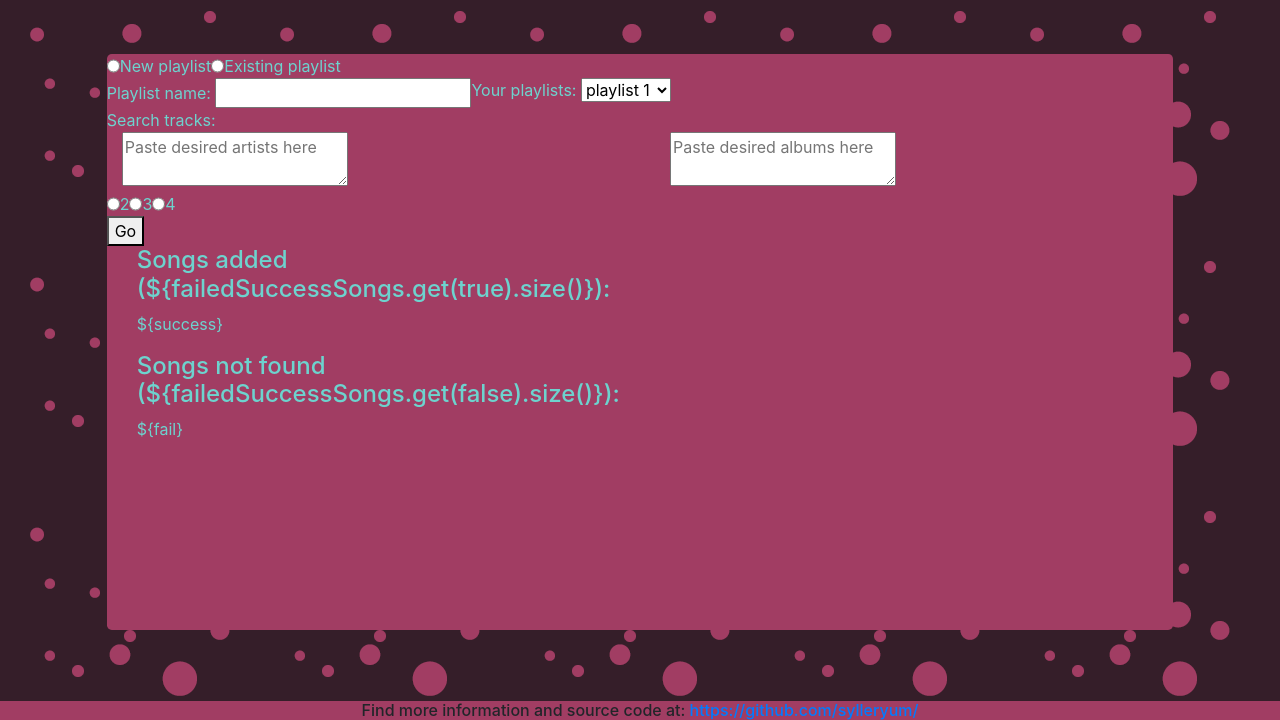
Repository: sylleryum/Frontend
Page: GetTopTracks/index.html
These files come from the project's save history. The page is drawn as it stood at one moment and after the next save; the edit follows.
The browser window is 1280 px wide. The pictures show the whole page.

Above is the page before, as saved 2019-10-13 16:04:38.

### GetTopTracks/index.html
<!doctype html>
<html lang="en">

<head>
     <title>Get top tracks from Artists and albums</title>
     <!-- Required meta tags -->
     <meta charset="utf-8">
     <meta name="viewport" content="width=device-width, initial-scale=1, shrink-to-fit=no">

     <!-- Bootstrap CSS -->
     <link rel="stylesheet" href="https://stackpath.bootstrapcdn.com/bootstrap/4.3.1/css/bootstrap.min.css"
          integrity="sha384-ggOyR0iXCbMQv3Xipma34MD+dH/1fQ784/j6cY/iJTQUOhcWr7x9JvoRxT2MZw1T" crossorigin="anonymous">

     <!-- main CSS-->
     <link rel="stylesheet" href="style.css">

</head>

<body class="background-master">

     <div class="container-fluid h-95">
          <div class="row align-items-center justify-content-center h-95">
               <div class="h-80 col col-md-10 bg-4 text-1 rounded-lg overflow-auto" id="internal-container">
                    <div class="row main-select">
                         <input type="radio" id="rNew" name="playlistRadio" value="new" onchange="radioChecker()">New
                         playlist
                         <input type="radio" id="rExisting" name="playlistRadio" value="existing"
                              onchange="radioChecker()">Existing
                         playlist
                    </div>
                    <div class="row main-playlist">
                         <div id="new-playlist" class="block-style">
                              Playlist name: <input type="text" id="playlistName" name="playlistName" />
                         </div>
                         <div id="existing-playlist" class="block-style">
                              <span>Your playlists:</span>
                              <select name="selectPlaylist">
                                   <option>playlist 1</option>
                                   <option>playlist 2</option>
                                   <option>playlist 3</option>
                                   <option>playlist 4</option>
                                   <!-- <c:forEach var="items" items="${playlists}">
                                        <option value="${items.getId()}">${items.getName()}</option>
                                   </c:forEach> -->
                              </select>
                         </div>
                    </div>
                    <div class="row">
                         Search tracks:
                    </div>
                    <div class="row main-textarea">
                         <div class="col-6">
                              <textarea class="textarea-search" id="searchNameArtist" name="searchNameArtist"
                                   placeholder="Paste desired artists here"></textarea>
                         </div>
                         <div class="col-6">
                              <div class="col-6">
                                   <textarea class="textarea-search" id="searchNameAlbum" name="searchNameAlbum"
                                        placeholder="Paste desired albums here"></textarea>
                              </div>
                         </div>
                    </div>
                    <div class="row track-amount">
                         <input type="radio" id="rAmount2" name="playlistRadio" value="rAmount2" onchange="">2
                         <input type="radio" id="rAmount3" name="playlistRadio" value="rAmount3" onchange="">3
                         <input type="radio" id="rAmount4" name="playlistRadio" value="rAmount4" onchange="">4
                    </div>
                    <div class="row main-go">
                         <button type="submit" id="submit-button">
                              Go
                         </button>
                    </div>

                    <div class="results-menu">
                              <div class="success col-md-6">
                                  <h4>Songs added (${failedSuccessSongs.get(true).size()}):</h4>
                                  <c:forEach var="success" items="${failedSuccessSongs.get(true)}">
                                      <p>${success}</p>
                                  </c:forEach>
                              </div>
                              <div class="failure col-md-6">
                                  <h4>Songs not found (${failedSuccessSongs.get(false).size()}):</h4>
                                  <c:forEach var="fail" items="${failedSuccessSongs.get(false)}">
                                      <p>${fail}</p>
                                  </c:forEach>
                              </div>
                          </div>

               </div>

          </div>

     </div>
     <footer class="text-center m-0 p-0 bg-4 footer-clear">
          <h6 class="p-0 m-0 text-w">Find more information and source code at: <a href="https://github.com/sylleryum/">
                    https://github.com/sylleryum/</a></h6>

     </footer>







     <!-- Optional JavaScript -->
     <!-- jQuery first, then Popper.js, then Bootstrap JS -->
     <script src="https://code.jquery.com/jquery-3.3.1.slim.min.js"
          integrity="sha384-q8i/X+965DzO0rT7abK41JStQIAqVgRVzpbzo5smXKp4YfRvH+8abtTE1Pi6jizo"
          crossorigin="anonymous"></script>
     <script src="https://cdnjs.cloudflare.com/ajax/libs/popper.js/1.14.7/umd/popper.min.js"
          integrity="sha384-UO2eT0CpHqdSJQ6hJty5KVphtPhzWj9WO1clHTMGa3JDZwrnQq4sF86dIHNDz0W1"
          crossorigin="anonymous"></script>
     <script src="https://stackpath.bootstrapcdn.com/bootstrap/4.3.1/js/bootstrap.min.js"
          integrity="sha384-JjSmVgyd0p3pXB1rRibZUAYoIIy6OrQ6VrjIEaFf/nJGzIxFDsf4x0xIM+B07jRM"
          crossorigin="anonymous"></script>
</body>

</html>

### GetTopTracks/style.css
.footer-clear{
     width: 100%;
     position: fixed;
     bottom: 0%;
}

.background-master{
     background: url(images/bb.png) repeat;
}

.h-100{
     min-height: 100vh;
 }

 .h-95{
     min-height: 95vh;
 }
.h-80{
     min-height: 80vh;
     max-height: 90vh;
 }

 .bg-1{background: #6dd3ce!important}
 .bg-2{background: #c8e9a0!important}
 .bg-3{background: #f7a278!important}
 .bg-4{background: #a13d63!important}
 .bg-5{background: #351e29!important}

.text-1{color: #6dd3ce!important}
.text-2{color: #c8e9a0!important}
.text-3{color: #f7a278!important}
.text-4{color: #a13d63!important}
.text-5{color: #351e29!important}

After the next save:
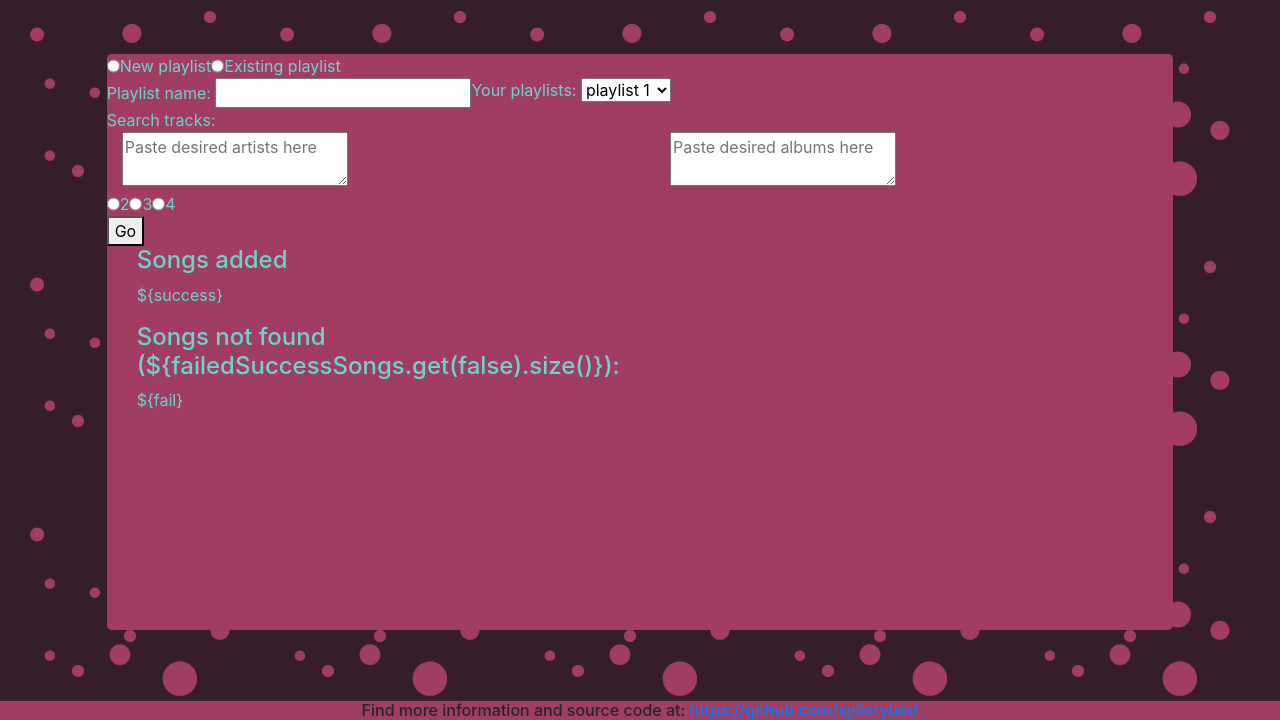
Saved 8 s later.
--- a/GetTopTracks/index.html
+++ b/GetTopTracks/index.html
@@ -73,7 +73,7 @@
 
                     <div class="results-menu">
                               <div class="success col-md-6">
-                                  <h4>Songs added (${failedSuccessSongs.get(true).size()}):</h4>
+                                  <h4>Songs added</h4>
                                   <c:forEach var="success" items="${failedSuccessSongs.get(true)}">
                                       <p>${success}</p>
                                   </c:forEach>
